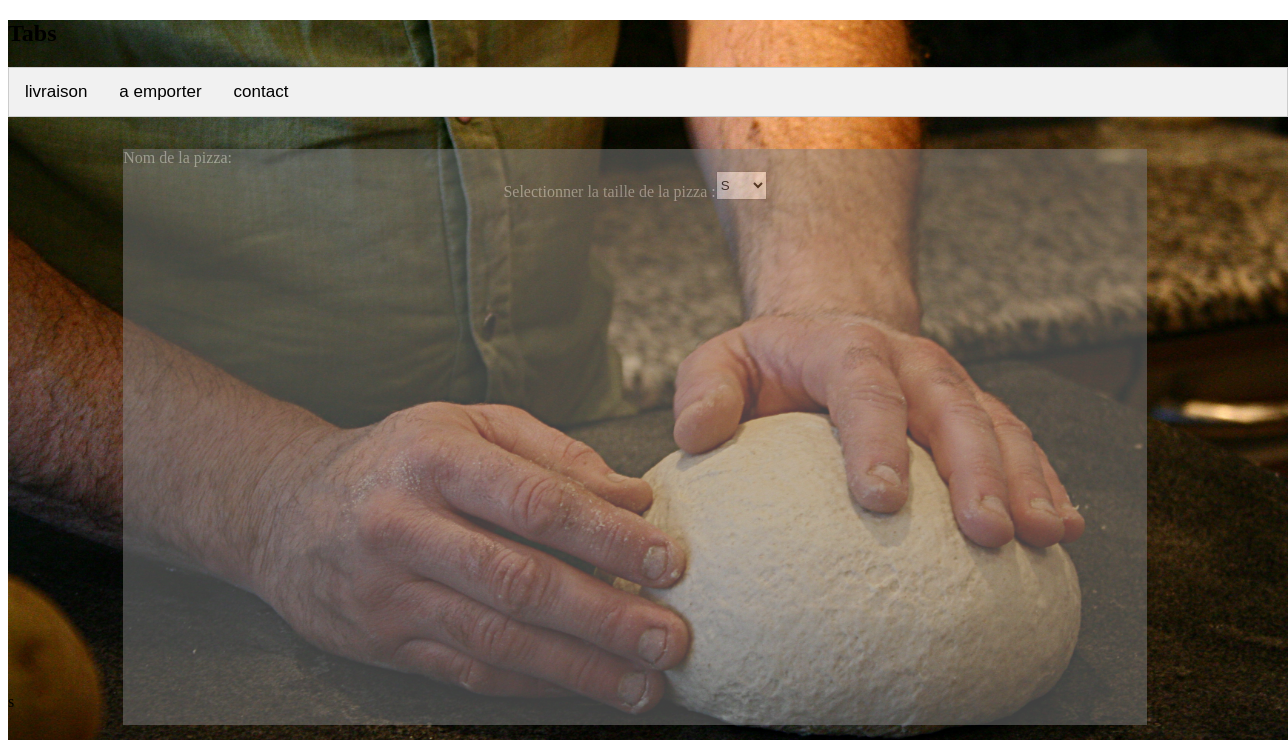
Repository: dev84-unalien/pippo_pizza
Page: admin.html
These files come from the project's save history. The page is drawn as it stood at one moment and after the next save; the edit follows.
The browser window is 1280 px wide. The page is 1288 px wide, so the pictures cover 1288 px, including what lies to the right of the window. The pictures show the whole page.

Above is the page before, as saved 2019-09-10 11:13:08.

### admin.html
<!DOCTYPE html>
<html lang="en">

<head>
    <meta charset="UTF-8">
    <meta name="viewport" content="width=device-width, initial-scale=1.0">
    <meta http-equiv="X-UA-Compatible" content="ie=edge">
    <title>pizzaria pippo</title>
    <link rel="stylesheet" href="admin.css">
    <script src="jquery-3.4.1.min.js"></script>
    <script src="admin.js"></script>

</head>

<body>
    <div id=unos>
        <div id=commande>

            <h2>Tabs</h2>


            <div class="tab">
                <button class="tablinks" onclick="openCity(event, 'livraison')">livraison</button>
                <button class="tablinks" onclick="openCity(event, 'emporter')">a emporter</button>
                <button class="tablinks" onclick="openCity(event, 'contact')">contact</button>
            </div>

            <div id="livraison" class="tabcontent">
                <h3>livraison</h3>
            </div>

            <div id="emporter" class="tabcontent">
                <h3>emporter</h3>

            </div>

            <div id="contact" class="tabcontent">
            </div>
            </form>

         <div id="body">
            <div id="Gcadre">
                <div id="Nom">Nom de la pizza:</div>
                  <div id="Taille">
                  <p>Selectionner la taille de la pizza :</p>
                   <select >
                         <option value="S">S</option>
                         <option value="M">M</option>
                         <option value=">L">L</option>
                         <option value="XL">XL</option>
                         <option value="XXL">XXL</option>
                     </select>
            </div>
            <div id="Description"></div>
            <div id="Prix"></div>

            <div id="Image"></div>
        </div>
    </div>
</body>

</html>s

### admin.css
#unos {
  height: 100vh;
  width: 100vw;
  background-image: url("images/ajoutpizza.jpg");
  justify-content: cover;
  background-size: 100vw;
}
#body{
    width: 100vw;
    height: 80vh;
    display: flex;
  flex-direction: column;
  justify-content: center;
  align-content: center;
}
#Gcadre {
  display: flex;
  flex-direction: column;
  justify-content: center;
  align-content: center;
  width: 80vw;
  height: 80vh;
  background-color: grey;
  opacity: 0.5;
  margin-left: 9vw;
  margin-top:9vh;
}
#Nom {
  color: white;
}

#Taille {
  display: flex;
  justify-content: center;
  align-content: center;
  width: 80vw;
  height: 80vh;
}
select {
  width: 4vw;
  height: 4vh;
  margin-top: 0.5vh;
}
p {
  color: white;
}

#formulaire {
  height: 50%;
  width: 50%;
  background-color: aliceblue;
}

#livraison {
  background-color: aquamarine;
}

#emporter {
  background-color: beige;
}

#contact {
  background-color: powderblue;
}

.tab {
  overflow: hidden;
  border: 1px solid #ccc;
  background-color: #f1f1f1;
}

/* Style the buttons inside the tab */

.tab button {
  background-color: inherit;
  float: left;
  border: none;
  outline: none;
  cursor: pointer;
  padding: 14px 16px;
  transition: 0.3s;
  font-size: 17px;
}

/* Change background color of buttons on hover */

.tab button:hover {
  background-color: red;
}

/* Create an active/current tablink class */

.tab button.active {
  background-color: red;
}

/* Style the tab content */

.tabcontent {
  display: none;
  padding: 6px 12px;
  border: 1px solid red;
  border-top: none;
}

Loaded but not shown: jquery-3.4.1.min.js (library); admin.js (no copy from this time; the picture is the same without it)

After the next save:
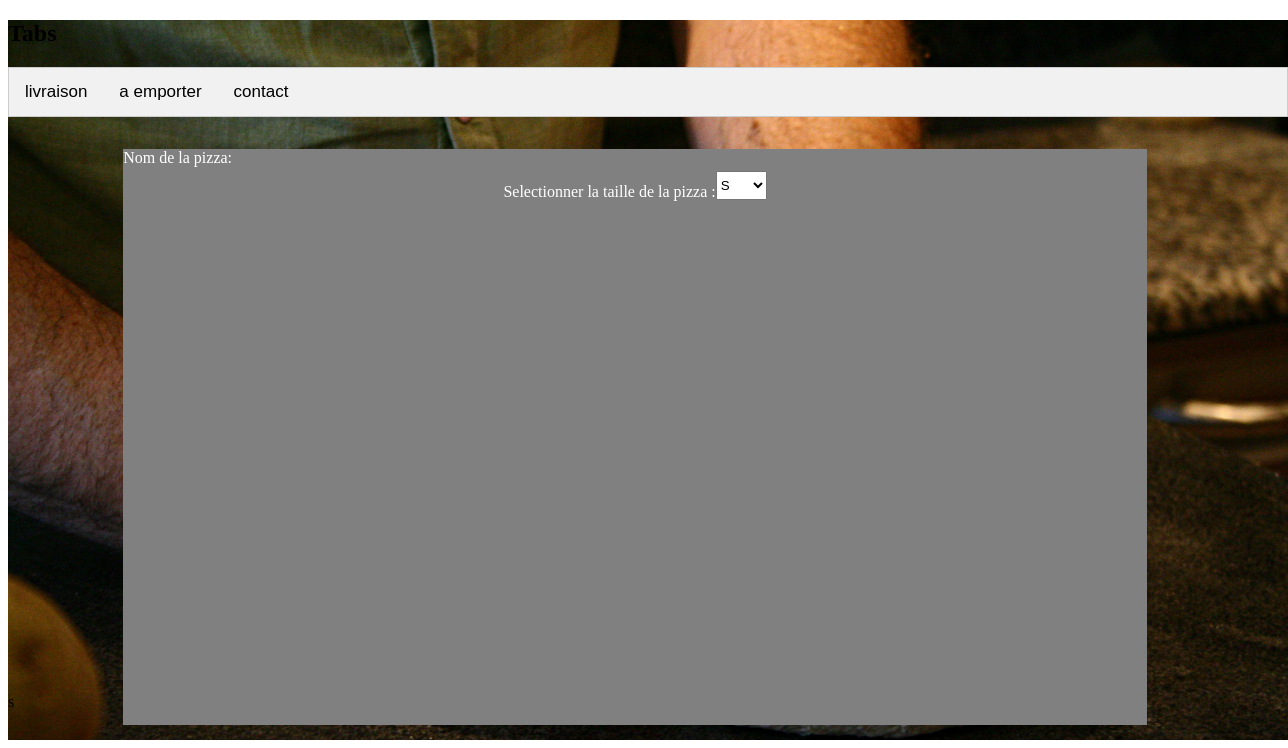
Saved 3 min 22 s later.
--- a/admin.css
+++ b/admin.css
@@ -21,7 +21,6 @@
   width: 80vw;
   height: 80vh;
   background-color: grey;
-  opacity: 0.5;
   margin-left: 9vw;
   margin-top:9vh;
 }
